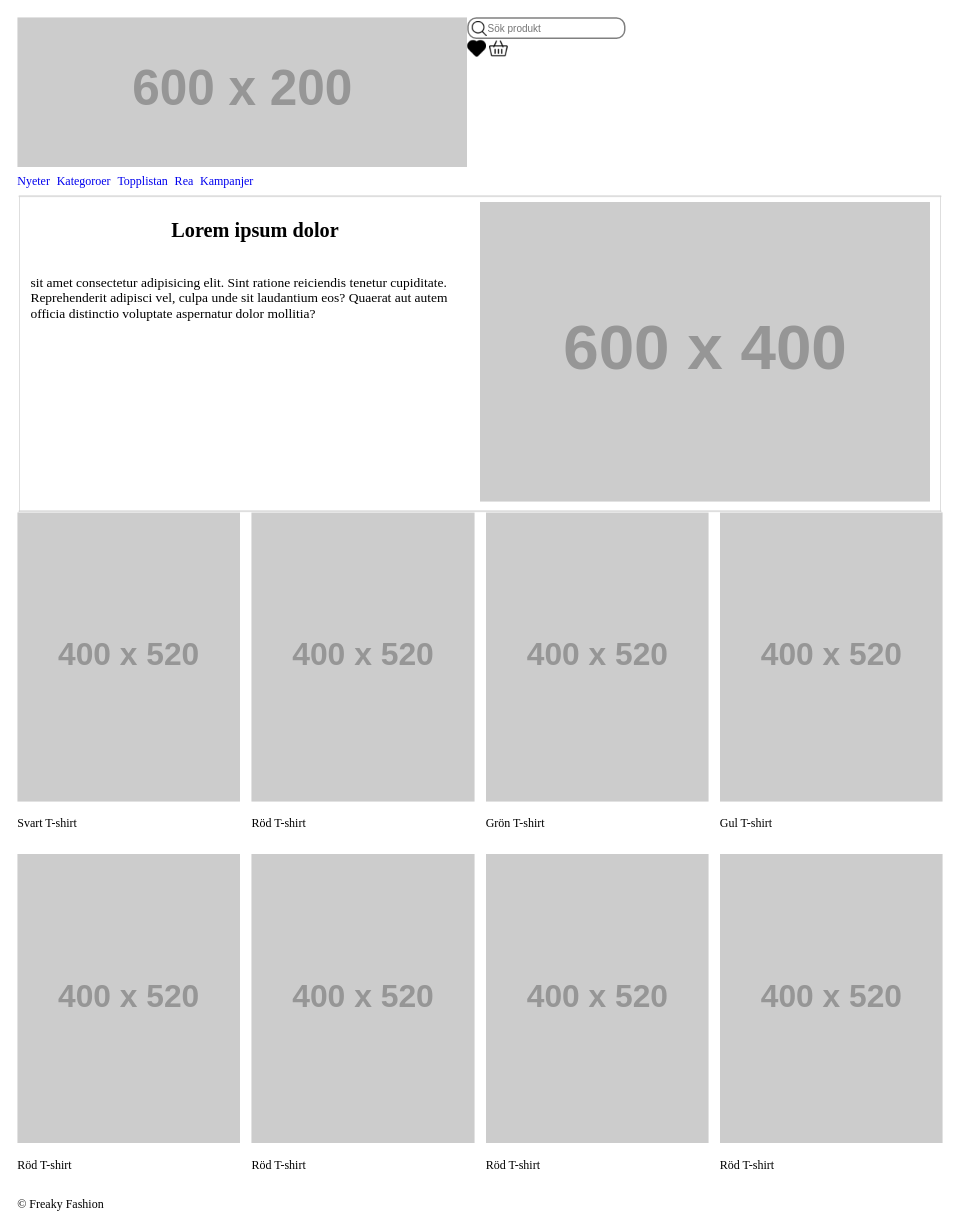
Repository: Kalle1995/project
Page: index.html
The author's editor kept a copy of each file at every save. The page is drawn from the files as they stood at one save, then again after the next save.
The browser window is 1280 px wide. The pictures show the whole page, at 75% of full size.

Above is the page before, as saved 2024-10-05 21:38:10.

### index.html
<!DOCTYPE html>
<html lang="sv">

<head>
  <meta charset="UTF-8" />
  <meta name="viewport" content="width=device-width, initial-scale=1.0" />
  <title>Freaky Fashion</title>

  <link rel="stylesheet" href="main.css" />
</head>

<body>
  <header>
    <section>
      <div class="wholeHead">
        <img src="https://placehold.co/600x200 " width="600" height="200" alt="icon" class="icon" />

        <div class="searchAndIcons">
          <input type="search" placeholder="Sök produkt" class="search">
          <div class="headIcons">
            <a href="#"><img src="bilder/full heart.png" alt="favourite"></a>
            <a href="#"><img src="bilder/cart.png" alt="cart"></a>
          </div>
        </div>
      </div>

      <!-- jag behöver fixa att man kan sriva och iconen förvinner -->
      <!-- om, jag har div för input typ så den ta hela raden -->

      <div>
        <nav class="NavList">
          <ul>
            <li class="nav-list-item"><a href="#">Nyeter</a></li>
            <li class="nav-list-item hide-on-mobile ejnav"><a href="#">Kategoroer</a></li>
            <li class="nav-list-item"><a href="#">Topplistan</a></li>
            <li class="nav-list-item"><a href="#">Rea</a></li>
            <li class="nav-list-item"><a href="#">Kampanjer</a></li>
          </ul>
        </nav>
      </div>

      <!-- <dl> och <dt> använda man i detta falet  -->

    </section>
  </header>

  <main>
    <section class="mid">
      <article>
        <fieldset class="head">
          <img class="head-image" src="https://placehold.co/600x400" alt="" class="loremPic">
          <div>
            <h2 class="head-title">Lorem ipsum dolor</h2>
            <p class="head-text">
              <br>sit amet consectetur adipisicing elit. Sint ratione reiciendis tenetur cupiditate. Reprehenderit
              adipisci
              vel, culpa unde sit laudantium eos? Quaerat aut autem officia distinctio voluptate aspernatur dolor
              mollitia?
            </p>
          </div>
        </fieldset>
      </article>
    </section>
    <section class="products">
      <!-- grid container -->
      <div class="product">
        <!-- <img src="bilder/full heart.png" alt=""> -->
        <img class="product-pic" src="https://placehold.co/400x520/png?text=Black+T-shirt" alt="Svart T-shirt" />
        <p>Svart T-shirt</p>
      </div>

      <div class="product">
        <img class="product-pic" src="https://placehold.co/400x520/png?text=Red+T-shirt" alt="" />
        <p>Röd T-shirt</p>
      </div>

      <div class="product">
        <img class="product-pic" src="https://placehold.co/400x520/png?text=Green+T-shirt" alt="" />
        <p>Grön T-shirt</p>
      </div>

      <div class="product">
        <img class="product-pic" src="https://placehold.co/400x520/png?text=Gul+T-shirt" alt="" />
        <p>Gul T-shirt</p>

      </div>

      <div class="product">
        <img class="product-pic" src="https://placehold.co/400x520/png?text=Red+T-shirt" alt="">
        <p>Röd T-shirt</p>
      </div>

      <div class="product">
        <img class="product-pic" src="https://placehold.co/400x520/png?text=Red+T-shirt" alt="">
        <p>Röd T-shirt</p>
      </div>

      <div class="product">
        <img class="product-pic" src="https://placehold.co/400x520/png?text=Red+T-shirt" alt="">
        <p>Röd T-shirt</p>
      </div>

      <div class="product">
        <img class="product-pic" src="https://placehold.co/400x520/png?text=Red+T-shirt" alt="">
        <p>Röd T-shirt</p>
      </div>
    </section>
  </main>

  <br>

  <footer>
    <div class="Company">&copy; Freaky Fashion</div>
  </footer>
</body>

</html>

### main.css
body {
    padding: 15px;
    font-size: 2em;
    display: grid;

}


.head-title {
    text-align: center;
}

.products {
    display: grid;
    gap: 15px;
}

ul {
    list-style-type: none;
    margin: 0;
    padding: 0;

}

.search {
    border: 2px solid gray;
    border-radius: 12px;
    padding: 5px;
    display: inline;
    background-image: url(bilder/search.png);
    background-repeat: no-repeat;
    background-position: 4px;
    padding-left: 25px;

}

.NavList {
    display: block;
    padding-bottom: 10px;
    padding-top: 10px;

}

.hide-on-mobile {
    display: none;
}

.nav-list-item {
    a {
        text-decoration: none;
    }
}

.product-pic {
    width: 100%;
    height: auto;
}

.head {
    display: flex;
    flex-direction: column;
}

.head-image {
    width: 100%;
}

.wholeHead {
    display: flex;
    flex-direction: row;
}

@media (max-width: 640px) {
    .mid {
        position: relative;
        display: block;
        font-size: medium;
    }

    li {
        margin-bottom: 3px;
    }

    .search {
        width: 75%;

    }

    .icon {
        width: 100%;
    }

    .wholeHead {
        flex-direction: column;
    }
}

@media (min-width: 640px) {
    .products {
        grid-template-columns: repeat(2, 1fr);

        .headicons {
            padding-left: 95%;
        }
    }

    .mid {
        position: relative;
        display: block;
        font-size: large;
    }
}

body {
    font-size: 1.5em;
}

@media (min-width: 1024px) {
    .products {
        grid-template-columns: repeat(4, 1fr);
    }

    body {
        font-size: 1em;
    }

    .listan {
        display: flex;
    }

    li {
        display: inline;
        margin-right: 5px;
    }

    .hide-on-mobile {
        display: inline-block;
    }

    .head {
        flex-direction: row-reverse;
    }
}





/*
    @media (max-width:1024px) {
        .ejnav {
            display: none;
        }

      }
*/



/*
      @media print {
        body {
            font-size: 4em;
        }
        img {
            display: none;
        }
      }
*/



/*
här för Nyproduckt sidan
*/


header>h3 {
    position: absolute;
    left: 10px;
    bottom: auto;
}

.vänster {
    display: grid;
    grid-template-rows: 100%;
    background-color: gray;
}


.liggTill {
    hero-text button: hover
}


/*
kassa sidan
*/

.kassa {
    text-align: center;

}






.buy>button {
    display: grid;
    align-items: center;
    width: 80px;
    height: 30px;
    background-color: rgb(255, 255, 255);
    margin-left: 50%;
    font-weight: bold;
    border-radius: 10px;

}


.no-space {
    margin: 0;
    padding: 0;
    border: none;
    border-top: 1px solid black;
    /* Valfri färg eller stil på linjen */
}


.omOss {
    padding: 15px;
    background-color: rgb(207, 206, 206)
}

.list-container {
    display: inline-flex;
    justify-content: space-between;
    /* Ser till att listorna sprids ut jämnt */
    gap: 150px;
    /* Mellanrum mellan listorna */
}

.list {
    flex: 1;
    /* Gör att listorna tar upp lika mycket plats */
    padding-left: 15px;
}

.list h3 {
    margin-bottom: 20px;
}

.list li {
    list-style-type: none;
    /* ingen punkter i listan */
    padding: 0;
}

.list li ul {
    margin-bottom: 10px;
}




/*
Administration
*/

.AD {
    width: 115%;
    padding-left: 15px;
    margin-left: -25px;
    margin-top: -25px;
    float: left;
    font-style: normal;
    background-color: rgb(0, 0, 0);
    position: relative;
    display: flex;
    color: white;
}

.PR {
    background-color: rgb(209, 209, 208);
    height: auto;
    margin-left: -25px;
    padding-left: 20px;
    margin-right: auto;
    padding-right: 70px;
    padding-top: 15px;
    font-weight: bold;
    position: relative;
}

.AR {
    position: relative;
    ;
    left: 200px;
    top: -40px;

}













/*

.Company{
    text-align: center;
    bottom: auto;
}

After the next save:
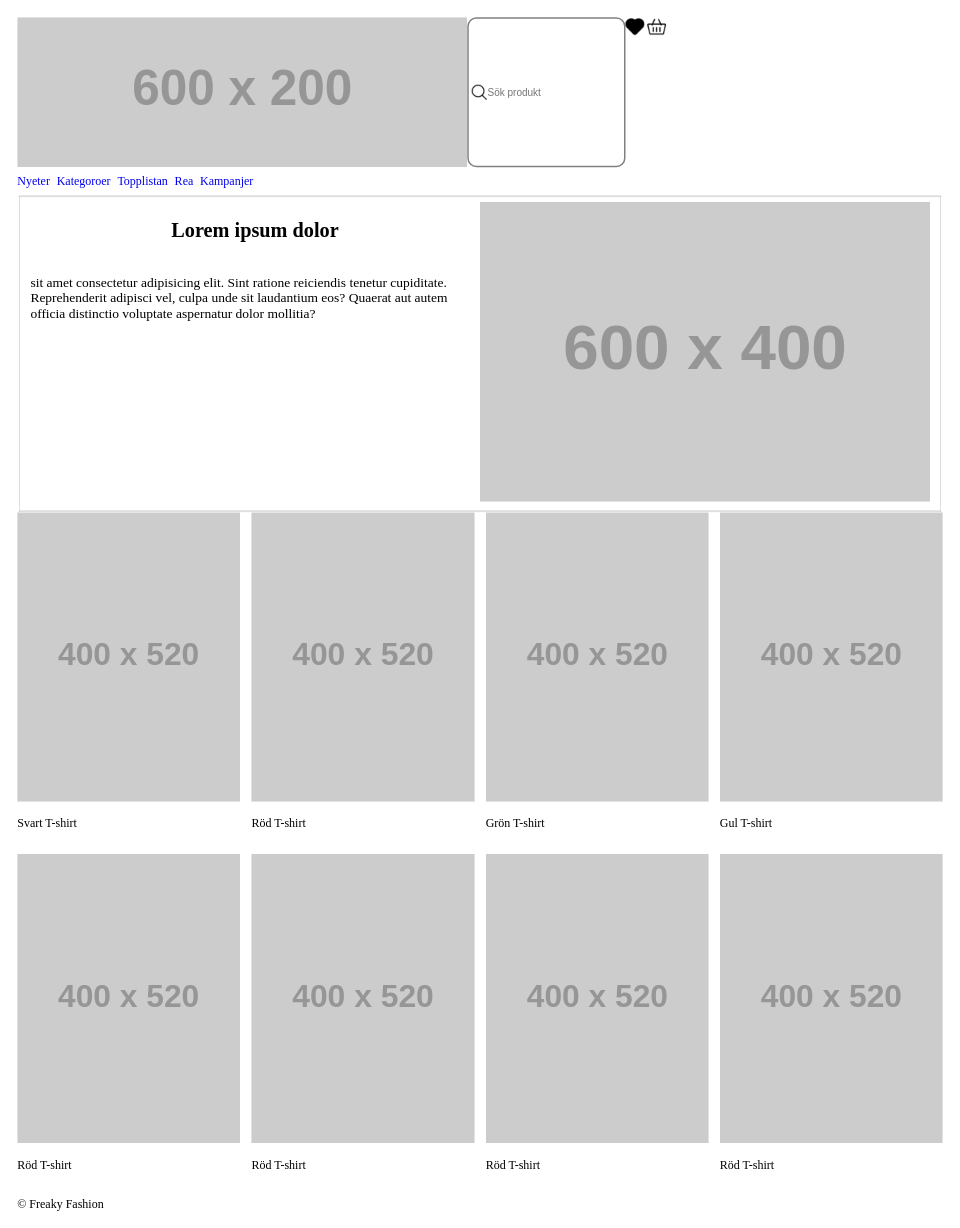
Saved 8 s later.
--- a/main.css
+++ b/main.css
@@ -66,6 +66,11 @@ ul {
 }
 
 .wholeHead {
+    display: flex;
+    flex-direction: row;
+}
+
+.searchAndIcons {
     display: flex;
     flex-direction: row;
 }
